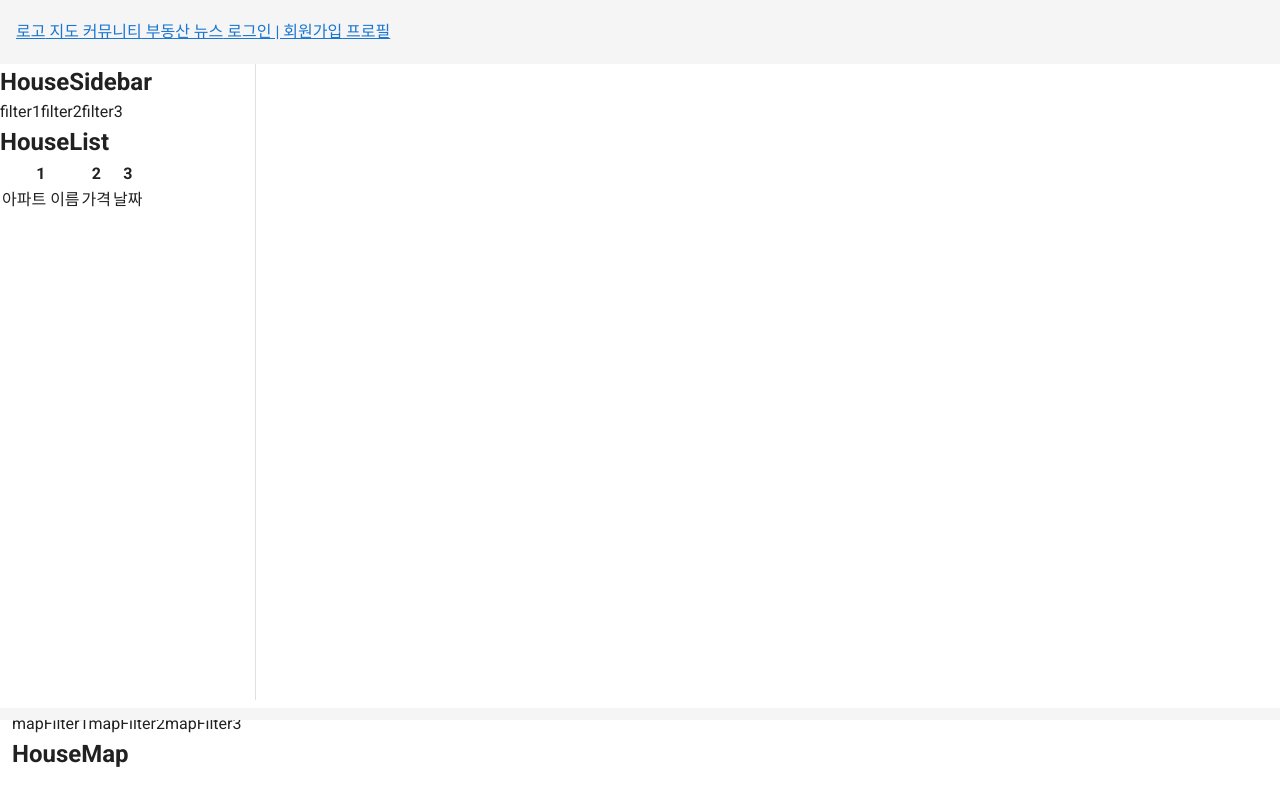
Repository: misso88/vue-whereIsMyHome
Page: /map
An editor plug-in stored every save of this project. The page is shown before and after the next save, followed by the edit.
The browser window is 1280 px wide. The pictures show the whole page.
The project was rebuilt for these pictures with package versions that can differ from the ones it lists, and the page was loaded fresh each time. Also part of the build but not shown: vue.config.js, src/views/AppMain.vue, src/views/AppNews.vue.

Above is the page before, as saved 2022-11-16 10:17:54.

After the next save:
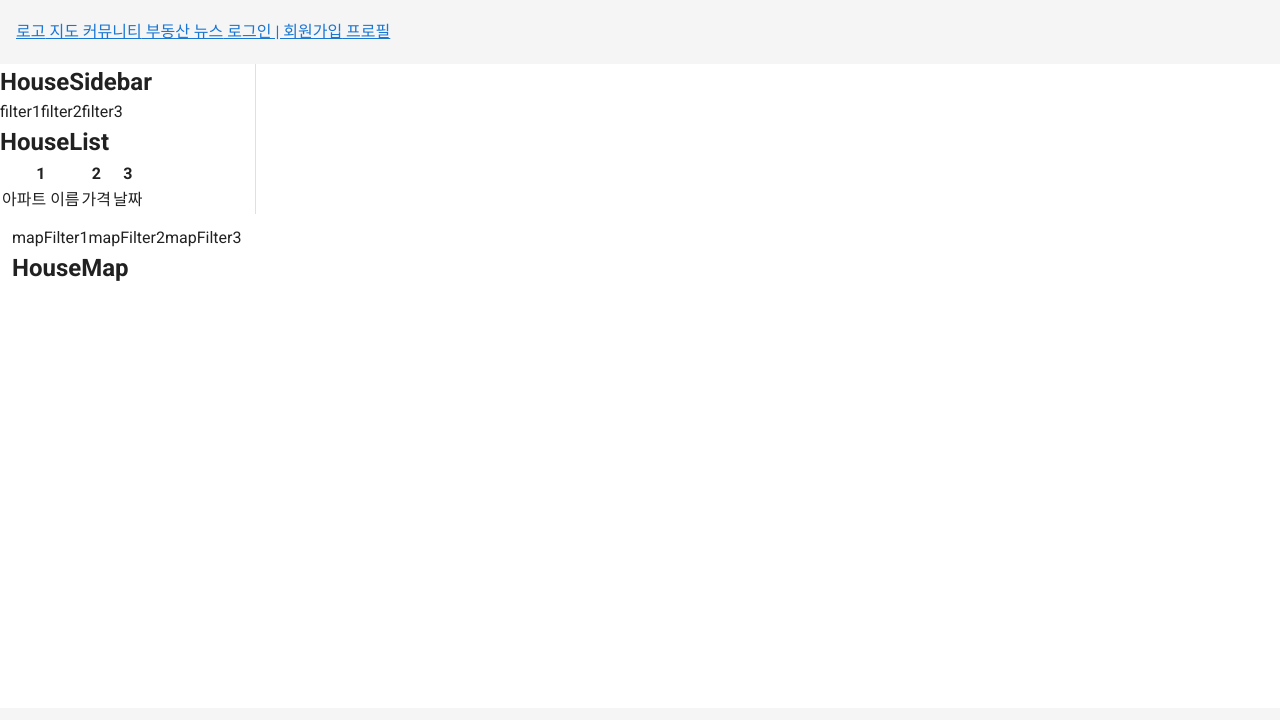
Saved 6 s later.
--- a/src/views/AppHouse.vue
+++ b/src/views/AppHouse.vue
@@ -1,12 +1,12 @@
 <template>
-  <v-app>
+  <div>
     <v-navigation-drawer permanent clipped>
       <house-sidebar></house-sidebar>
     </v-navigation-drawer>
     <v-container fluid>
       <house-map></house-map>
     </v-container>
-  </v-app>
+  </div>
 </template>
 
 <script>

After the save that followed:
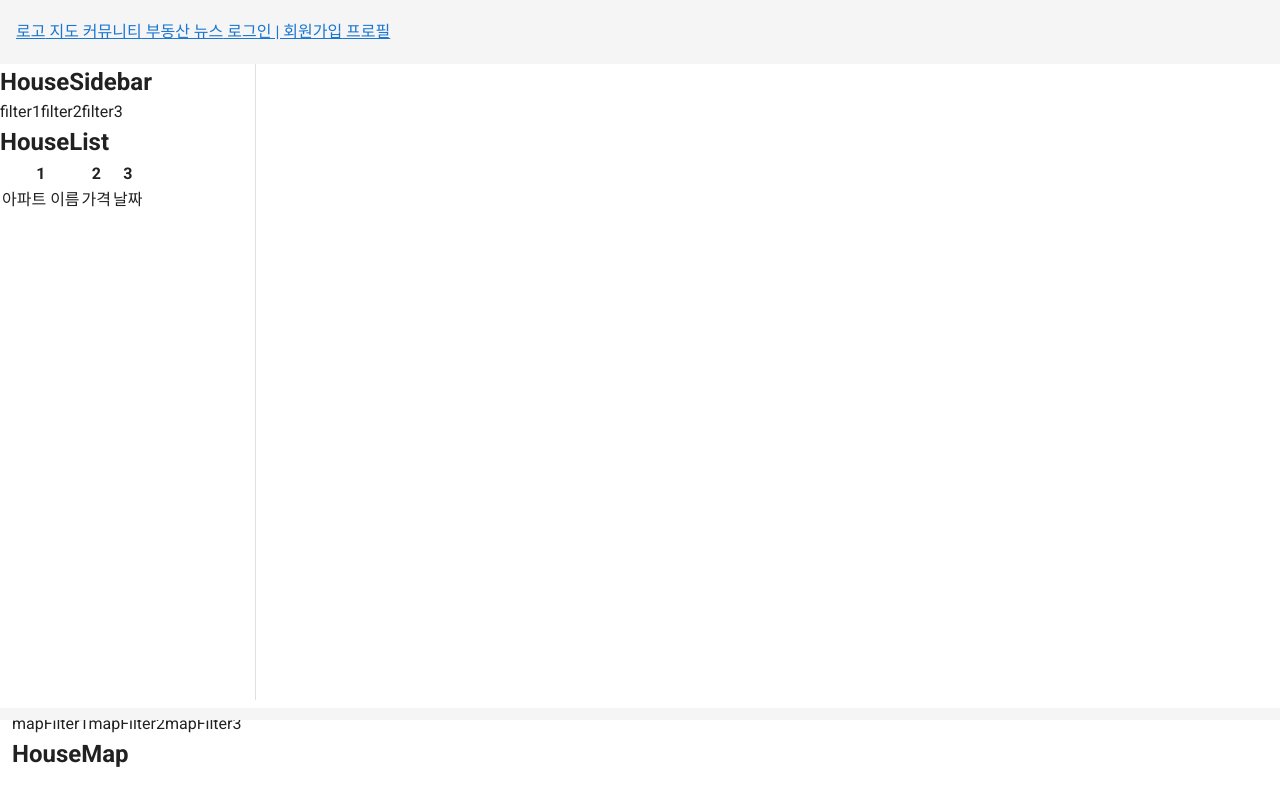
Saved 4 s later.
--- a/src/views/AppHouse.vue
+++ b/src/views/AppHouse.vue
@@ -1,12 +1,12 @@
 <template>
-  <div>
+  <v-app>
     <v-navigation-drawer permanent clipped>
       <house-sidebar></house-sidebar>
     </v-navigation-drawer>
     <v-container fluid>
       <house-map></house-map>
     </v-container>
-  </div>
+  </v-app>
 </template>
 
 <script>
